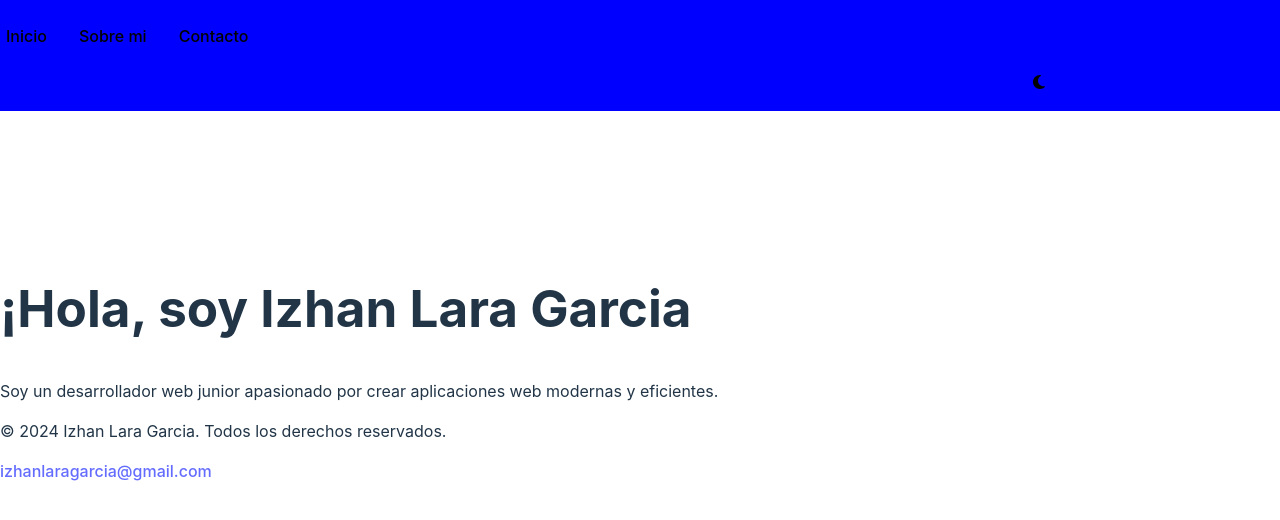
Repository: izhanlaraagarcia/izhanlaraagarcia.github.io
Page: / (app in vite-project/)
The author's editor kept a copy of each file at every save. The page is drawn from the files as they stood at one save, then again after the next save.
The browser window is 1280 px wide. The pictures show the whole page.
The project was rebuilt for these pictures with package versions that can differ from the ones it lists, and the page was loaded fresh each time. Also part of the build but not shown: vite-project/vite.config.js, vite-project/src/Home/Styles/estilos.css, vite-project/src/Componentes-Generales/styles/banner.css, vite-project/src/pages/About/about.jsx, vite-project/src/pages/Contact/contact.jsx.

Above is the page before, as saved 2024-07-10 13:47:26.

After the next save:
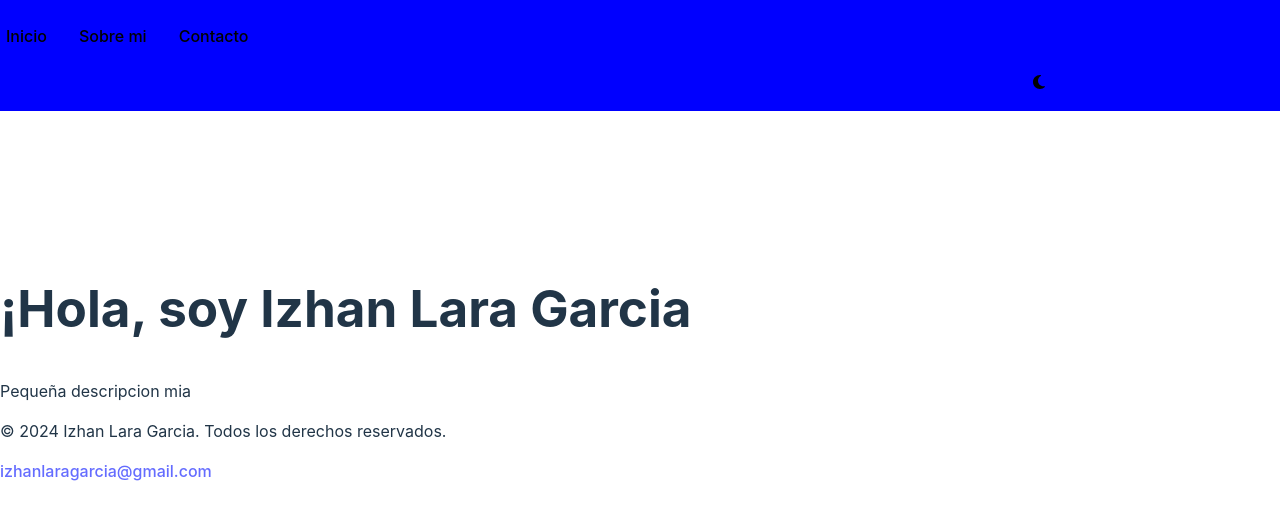
Saved 17 s later.
--- a/vite-project/src/Componentes-Generales/banner.jsx
+++ b/vite-project/src/Componentes-Generales/banner.jsx
@@ -8,8 +8,7 @@ class Banner extends React.Component {
         <section id="welcome">
           <h1>¡Hola, soy Izhan Lara Garcia</h1>
           <p>
-            Soy un desarrollador web junior apasionado por crear aplicaciones
-            web modernas y eficientes.
+            Pequeña descripcion mia
           </p>
         </section>
       </div>
